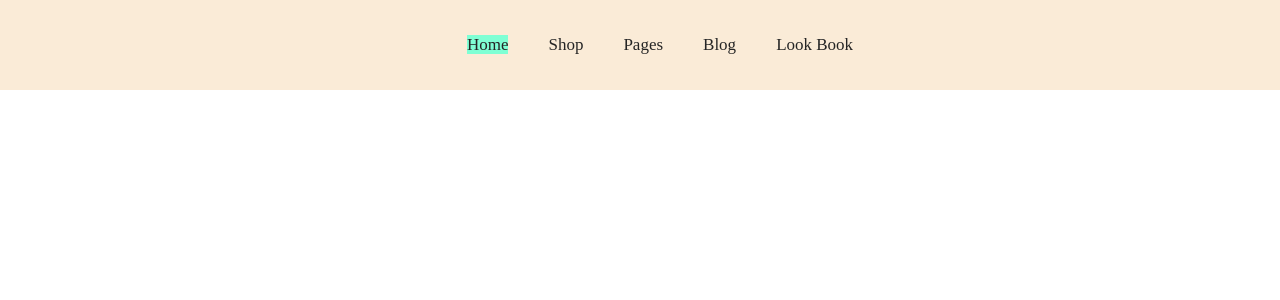
Repository: MorgunovaAlexandra/beauti
Page: index.html
These files come from the project's save history. The page is drawn as it stood at one moment and after a run of saves; the edit follows.
The browser window is 1280 px wide. The pictures show the whole page.
The pointer rests on the first visible `a`.

Above is the page before, as saved 2022-08-24 12:32:49.

### index.html
<!DOCTYPE html>
<html lang="en">
<head>
    <meta charset="UTF-8">
    <meta http-equiv="X-UA-Compatible" content="IE=edge">
    <meta name="viewport" content="width=device-width, initial-scale=1.0">
    <link rel="stylesheet" href="./style.css">
    <title>Document</title>
</head>
<body>
    <div class="wrapper">
        <header class="header">
            <div class="header-container _container">
            <nav class="dws-menu">
                <ul class="menu-list">
                    <li><a href="#"><i class="fa fa-"></i>Home</a></li>
                    <li><a href="#"><i class="fa fa-"></i>Shop</a></li>
                    <li><a href="#"><i class="fa fa-"></i>Pages</a></li>
                    <li><a href="#"><i class="fa fa-"></i>Blog</a></li>
                    <li><a href="#"><i class="fa fa-"></i>Look Book</a></li>
                </ul>

            </nav>
            </div>
        </header>
    </div>
</body>
</html>

### style.css
* {
	margin: 0;
	padding: 0;
	border: 0;
	box-sizing: border-box;
}
:before,:after{
	padding: 0;
	margin: 0;
	border: 0;
	box-sizing: border-box;
}
html,body{
	height: 100%;
    font-family: 'SofiaProRegular';
	font-size: 18px;
	font-weight: 400;
}

.wrapper{
	width: 100%;
	overflow: hidden;

}
._container{
	max-width: 1170px;
	margin: 0px auto;
	padding: 0px 10px;
}
._container{
	max-width: 1170px;
	margin: 0px auto;
	padding: 0px 10px;
}
/*--------------------------*/
.header {
	font-family: 'TTCommons-Medium';
	position: absolute;/*---------изменено-----------------*/
	width: 100%;
	top: 0;
	left: 0;
	z-index: 50;
	font-size: 17px;
    height: 90px;
    background-color: antiquewhite;

}
.menu-list{
    display: flex;
    justify-content: center;
    align-items: center;
    height: 90px;

}

a{
   position: relative;
    text-decoration: none;
    color:rgb(37, 37, 37);
    margin-left: 40px;
}
a::after{
    position: absolute;
    bottom: -5px;
    content: "";
    display: block;
    height: 2px;
    width: 100%;
    right: 0;


}
a:hover{
    opacity: 1;
    background-color: aquamarine;
}
li{
    list-style: none;
    position: relative;
}

After the next 2 saves:
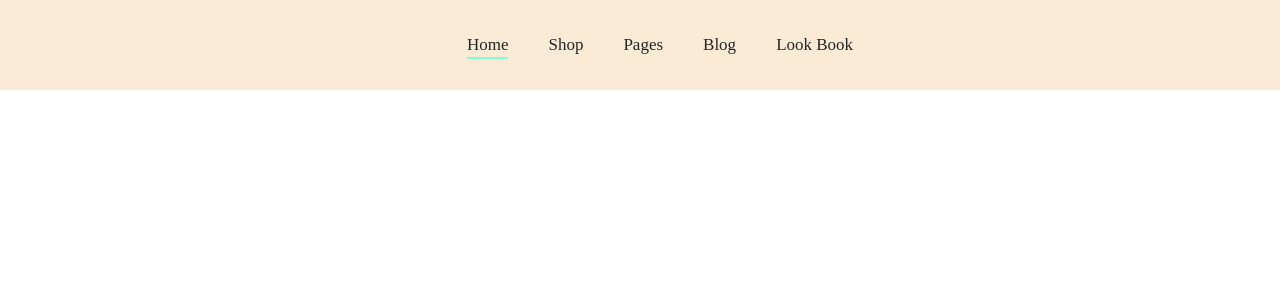
The 2 saves are shown as one change because they came seconds apart.
The last was saved 13 s later.
--- a/style.css
+++ b/style.css
@@ -70,7 +70,7 @@ a::after{
 
 
 }
-a:hover{
+a:hover::after{
     opacity: 1;
     background-color: aquamarine;
 }
